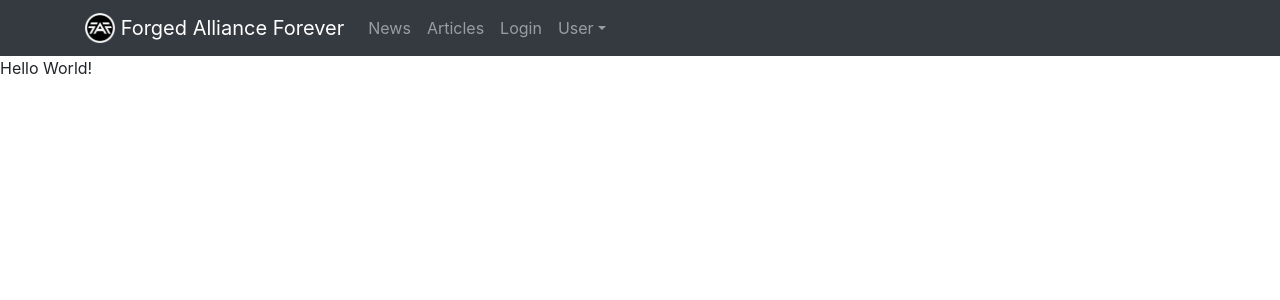
Repository: alexey1986/fsni_test
Page: /
These files come from the project's save history. The page is drawn as it stood at one moment and after the next save; the edit follows.
The browser window is 1280 px wide. The pictures show the whole page.
The project was rebuilt for these pictures with package versions that can differ from the ones it lists, and the page was loaded fresh each time.

Above is the page before, as saved 2020-08-27 20:27:37.

### src/App.js
import React from 'react';
import { BrowserRouter as Router, Link, NavLink, Route } from "react-router-dom";
import { Container, Navbar, Nav, NavDropdown } from 'react-bootstrap';
import Home from './components/home/home';
import logo from './logo.png';

function App() {
  return (
    <Router>
      <Navbar bg="dark" expand="lg" variant="dark" sticky="top" >
        <Container>
          <Navbar.Brand as={Link} to='/'>
            <img
              alt=""
              src={logo}
              width="30"
              height="30"
              className="d-inline-block align-top"
            />{' '}
            Forged Alliance Forever
          </Navbar.Brand>
          <Navbar.Toggle aria-controls="basic-navbar-nav" />
          <Navbar.Collapse id="basic-navbar-nav">
            <Nav className="mr-auto" >
              <Nav.Link as={NavLink} to='/news'>News</Nav.Link>
              <Nav.Link href="#articles">Articles</Nav.Link>
              <Nav.Link href="#login">Login</Nav.Link>
              <NavDropdown title="User" id="basic-nav-dropdown">
                <NavDropdown.Item href="#profile">Profile</NavDropdown.Item>
                <NavDropdown.Item href="#actions">Actions</NavDropdown.Item>
              </NavDropdown>
            </Nav>
          </Navbar.Collapse>
        </Container>
      </Navbar>
      <Route path="/" exact component={Home} />
      {/* <Route path="/another" exact component={Another} />
      <Route path="/onemore" exact component={Onemore} /> */}
    </Router>
  );
}

export default App;

### src/components/home/home.jsx
import React from 'react';

const Home = () => <div>Hello World!</div>

export default Home;

Loaded but not shown: public/index.html (common file); src/index.js (common file); src/serviceWorker.js (common file)

After the next save:
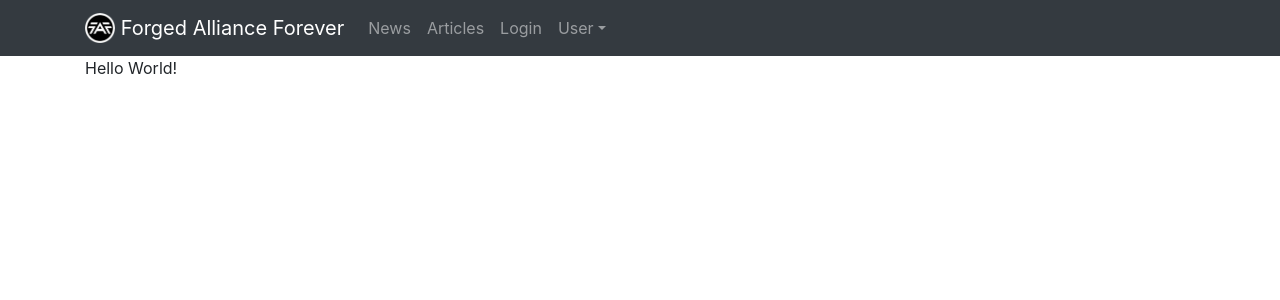
Saved 22 s later.
--- a/src/components/home/home.jsx
+++ b/src/components/home/home.jsx
@@ -1,5 +1,6 @@
 import React from 'react';
+import { Container, Row, Col } from 'react-bootstrap';
 
-const Home = () => <div>Hello World!</div>
+const Home = () => <Container>Hello World!</Container>
 
 export default Home;
